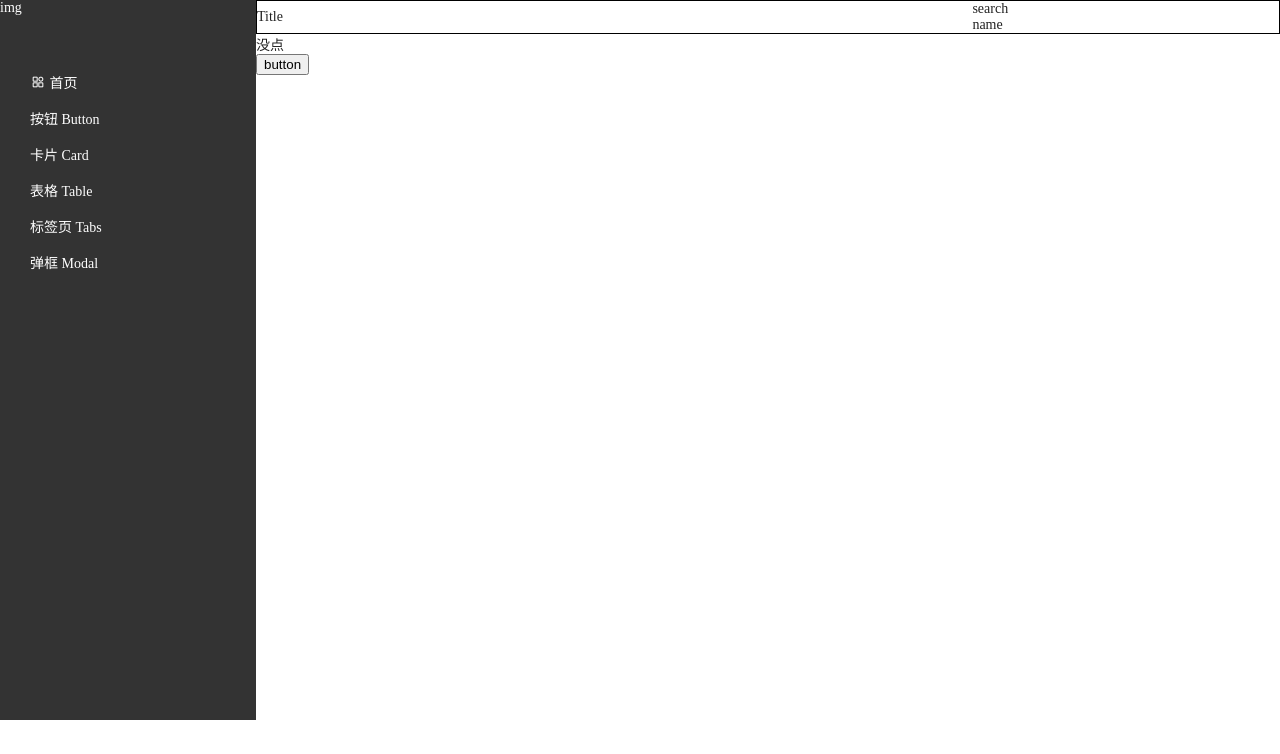
Repository: wyhsunflower/koalaUI
Page: /
An editor plug-in stored every save of this project. The page is shown before and after the next save, followed by the edit.
The browser window is 1280 px wide. The pictures show the whole page.
The project was rebuilt for these pictures with package versions that can differ from the ones it lists, and the page was loaded fresh each time. Also part of the build but not shown: webpack.config.js, src/components/Modal/Modal.vue. Imported but missing from the stored project, and not drawn on this page: src/views/go/go2.vue.

Above is the page before, as saved 2020-03-13 22:26:59.

### index.html
<!DOCTYPE html>
<html lang="en">
<head>
    <meta charset="UTF-8">
    <title>koala's UI</title>
</head>
<body>
<div id="app"></div>
</body>
</html>

### src/index.js
import Vue from 'vue';
import App from './app';
import './components/components.js'
import './styles/global.scss';
import './styles/iconfont/icon.scss'
import router from './router/route';


new Vue({
    router,
    render(h) {
        return h(App);
    }
}).$mount('#app');

### src/app.vue
<template>
    <div id="app" class="container">
        <SideBar></SideBar>
        <div class="right">
            <Header></Header>
            <div class="main">
                <transition>
                 <router-view></router-view>
                </transition>
            </div>
        </div>
    </div>
</template>
<script>
    import SideBar from './SideBar';
    import Header from './Header';
    export default {
        name: "app",
        components:{
            SideBar,
            Header
        },
    }
</script>

<style lang="scss" scoped>
    @import "styles/global";
    .container{
        width: 100%;
        display: flex;
        flex-flow: row nowrap;
        height: 100%;
    }
    .right{
        width: 80%;
        height: 100%;
    }
        .main{
            width: 100%;
            height: 100%;
        }
</style>

### src/components/components.js
import Vue from 'vue'
import Button from './Button/Button';
import Modal from './Modal/Modal';

Vue.component('Button',Button);
Vue.component('Modal',Modal);

### src/styles/global.scss
$font-color: rgba(0,0,0, 0.87);
$color-btn-default:#ccc;
$color-btn-primary:#2196f3;
$color-btn-custom:#6200ee;
* {
    box-sizing: border-box;
}
html, body {
    margin: 0;
    padding: 0;
    font-size: 14px;
}
html{
    width: 100%;
    height: 100%;
    outline: none;
    font-size: 14px;
}
body {
    color: $font-color;
    font-size: 14px;
    height: 100%;
    width: 100%;
}
.koala-button{

    -moz-osx-font-smoothing: grayscale;
    -webkit-font-smoothing: antialiased;
    font-size: 1rem;
    line-height: 2.25rem;
    font-weight: 500;
    letter-spacing: .0892857143em;
    text-decoration: none;
    display: inline-flex;
    position: relative;
    align-items: center;
    justify-content: center;
    box-sizing: border-box;
    min-width: 64px;
    border: none;
    outline: none;
    line-height: 1;
    -webkit-user-select: none;
    -moz-user-select: none;
    -ms-user-select: none;
    user-select: none;
    -webkit-appearance: none;
    overflow: visible;
    vertical-align: middle;
    border-radius: 4px;
    cursor: pointer;

    padding: 0 1.145rem;
    min-width: 4.5rem;
    color: #fff;
    height: 2.572rem;
}

### src/styles/iconfont/icon.scss
@font-face {font-family: "iconfont";
  src: url('./iconfont.eot?t=1575969178796'); /* IE9 */
  src: url('./iconfont.eot?t=1575969178796#iefix') format('embedded-opentype'), /* IE6-IE8 */
       url('./iconfont.woff?t=1575969178796') format('woff'),
       url('./iconfont.ttf?t=1575969178796') format('truetype'), /* chrome, firefox, opera, Safari, Android, iOS 4.2+ */
       url('./iconfont.svg?t=1575969178796#iconfont') format('svg'); /* iOS 4.1- */
}
.iconfont {
  font-family: "iconfont" !important;
  font-size: 16px;
  font-style: normal;
  -webkit-font-smoothing: antialiased;
  -moz-osx-font-smoothing: grayscale;
}
.icon-all:before {
  content: "\e6ef";
}

### src/router/route.js
import Router from 'vue-router';
import Vue from 'vue';
//import Home from '../app';
//import Button from '../components/Button/Button';
import Home from '../views/home';


const routerListDir=[];

function importAllRouter(r) {
    r.keys().forEach(
        (key)=>routerListDir.push(r(key).default)
    )
}

importAllRouter(require.context('../router',true,/\.router\.js/));
Vue.use(Router);
console.log(routerListDir);

export default new Router({
    routes: [
        ...routerListDir,
        { path: '/',component:Home},
        //{ path: '/button',component:Button},
    ]
});

### src/SideBar.vue
<template>
    <div class="side">
        <div class="top">
            <div>img</div>
            <!--<img src="./static/img/logo.jpg">-->
        </div>
        <ul class="side-list">
            <li v-for="x of lists">
                <i class="iconfont" :class="x.icon"></i>
                {{x.name}}
            </li>
        </ul>
    </div>
</template>

<script>
    export default {
        name: "SideBar",
        data(){
            return{
                lists:[
                    {
                        name:'首页',
                        icon:'icon-all',
                    },
                    {
                        name:'按钮 Button',
                        icon:'button',
                    },
                    {
                        name:'卡片 Card',
                        icon:'card',
                    },
                    {
                        name:'表格 Table',
                        icon:'table',
                    },
                    {
                        name:'标签页 Tabs',
                        icon:'tabs',
                    },
                    {
                        name:'弹框 Modal',
                        icon:'modal',
                    },
                ],
            }
        },
    }
</script>

<style lang="scss" scoped>
    .side {
        max-width: 300px;
        width: 20%;
        background: rgba(0,0,0,.8);
        height: 100%;
        color: #fff;
    }
    .top {
        height: 50px;
    }
    ul{
        list-style: none;
        padding: 0;
    }
    li{
        padding: 8px 30px;
        &:hover{background: rgba(0,0,0,.2);}
    }
</style>

### src/Header.vue
<template>
    <div class="header">
        <div class="title">Title</div>
        <div class="right">
            <div class="search">search</div>
            <div class="config">name</div>
        </div>
    </div>
</template>

<script>
    export default {
        name: "Header"
    }
</script>

<style lang="scss" scoped>
    .header{
        width: 100%;
        display: flex;
        justify-content: space-between;
        align-items: center;
        border: 1px solid #000;
    }
    .title{
        width: 60%;
    }
    .right{
        width: 30%;
    }
</style>

### src/components/Button/Button.vue
<template>
    <component
            class="koala-button"
            :class="buttonType"
            is="button"
            @click="onClick"
    >
        <slot></slot>
    </component>
</template>

<script>
    //type color icon
    export default {
        name: "Button",
        // ['type','color','diabled','size'],
        props: {
            type:{
                type: String,
                default:'default', // 'default', 'rasied , 'text', 'outline'
            },
            color:{
                type: String,
                default: 'default', // 'default', 'primary', 'custom'
            },
            size:{
                type: String,
                default: 'normal' // 'small', 'normal', 'large','custom'
            },
            disabled: {
                type: Boolean,
                default: false
            }
        },
        data(){
            return{
            }
        },
        components:{

        },
        computed:{
            buttonType(){
                const btnClass = {
                    "outline": [`koala-button-${this.type}`,`koala-button-ouline-color-${this.color}`],
                    "text": [`koala-button-${this.type}`,`koala-button-text-color-${this.color}`],
                    "default": [`koala-button-${this.type}`,`koala-button-color-${this.color}`],
                    "rasied": [`koala-button-${this.type}`,`koala-button-color-${this.color}`],
                }
                return btnclass[this.type]
                // return [
                //     `koala-button-${this.type}`,
                //     `koala-button-color-${this.color}`,
                //     ]
            },
        },
        methods:{
            onClick(e){
                this.$emit('click', e);
            }
        },
        mounted(){
        },
    }
</script>

<style lang="scss" scoped >
    @import "../../styles/global.scss";
// .koala-button{
//     background-color:#ccc;
//     min-width: 4.5rem;
//     border-radius: .25rem;
//     color: #fff;
//     font-size: .875rem;
//     font-weight: 300;
//     box-sizing: border-box;
//     position: relative;
//     -webkit-user-select: none;
//     -moz-user-select: none;
//     -ms-user-select: none;
//     user-select: none;
//     cursor: pointer;
//     outline: none;
//     border: none;
//     -webkit-tap-highlight-color: transparent;
//     display: inline-block;
//     white-space: nowrap;
//     text-decoration: none;
//     vertical-align: baseline;
//     text-align: center;
//     margin: 0;
//     min-width: 64px;
//     line-height: 36px;
//     padding: 0 16px;
//     border-radius: 4px;
//     overflow: visible;
//     transform: translate3d(0, 0, 0);
//     transition: background 400ms cubic-bezier(0.25, 0.8, 0.25, 1),box-shadow 280ms cubic-bezier(0.4, 0, 0.2, 1);
// }
    .koala-button-default{
        box-shadow: 0 0 0 0 rgba(0,0,0,.2), 0 0 0 0 rgba(0,0,0,.14), 0 0 0 0 rgba(0,0,0,.12);
    }
    .koala-button-rasied{
        box-shadow: 0px 3px 1px -2px rgba(0, 0, 0, 0.2), 0px 2px 2px 0px rgba(0, 0, 0, 0.14), 0px 1px 5px 0px rgba(0,0,0,.12);
        transition: box-shadow 280ms cubic-bezier(0.4, 0, 0.2, 1);
    }
    .koala-button-text{
        background-color: transparent;
        // color: $color-btn-primary;
    }
    .koala-button-outline{
        top: -1px;
        left: -1px;
        // border: 1px solid transparent;
        // color:$color-btn-primary;
        // border-color: $color-btn-primary;
    }
    .koala-button-color-default{
        background-color:$color-btn-default;
    }
    .koala-button-color-primary{
        background-color:$color-btn-primary;
    }
    .koala-button-color-custom{
        background-color:$color-btn-custom;
    }
    .koala-button-ouline-color-default{
        border: 1px solid transparent;
        color:$color-btn-default;
        border-color: $color-btn-default;
    }
    .koala-button-ouline-color-primary{
        border: 1px solid transparent;
        color:$color-btn-primary;
        border-color: $color-btn-primary;
    }
    .koala-button-ouline-color-custom{
        border: 1px solid transparent;
        color:$color-btn-custom;
        border-color: $color-btn-custom;
    }
    .koala-button-text-color-default{
        color: $color-btn-default;
    }
    .koala-button-text-color-primary{
        color: $color-btn-primary;
    }
    .koala-button-text-color-custom{
        color: $color-btn-custom;
    }
</style>

### src/views/home.vue
<template>
    <div class="main-container">
        <div>{{message}}</div>
        <button @click="showModal">button</button>
        <Modal v-if="modal" :self="this" :confirmCallback="confirmWay" :cancelCallback="cancelWay">
            <div>Modal组件</div>
            <div>Modal组件</div>
            <div>Modal组件</div>
            <div>Modal组件</div>
            <div>Modal组件</div>
            <div>Modal组件</div>
        </Modal>
        <Button @click="clicked('default')" type="default" color="default">Default</Button>
        <Button @click="clicked('rasied')" type="rasied" color="custom">Rasied</Button>
        <Button @click="clicked('outline')" type="outline" color="primary">Outline</Button>
        <Button @click="clicked('text')" type="text" color="custom">Text</Button>
    </div>
</template>

<script>
    // import Modal from '../components/Modal/Modal.vue'
    // import Button from '../components/Button/Button.vue'
    export default {
        name: "home",
        data(){
            return{
                modal:false,
                message:'没点'
            }
        },
        // components:{
        //     Button
        // },
        methods:{
            showModal(){
                this.modal = true
            },
            confirmWay(){
                this.message = '确定'
            },
            cancelWay(){
                this.message = '取消了'
            },
            clicked(name){
                alert(name)
            },
        },
    }
</script>

<style scoped>

</style>

### src/router/button.router.js
import Button from '../components/Button/Button';
export default {
    path: '/button',
    name: 'button',
    component:Button,
    children:[]
}

### src/router/modal.router.js
import Modal from '../components/Modal/Modal';
export default {
    path: '/modal',
    name: 'modal',
    component:Modal,
}

### src/router/sample.router.js
import Sample from '../views/go/go2.vue';
export default {
    path: '/sample',
    name: 'sample',
    component:Sample,
}

After the next save:
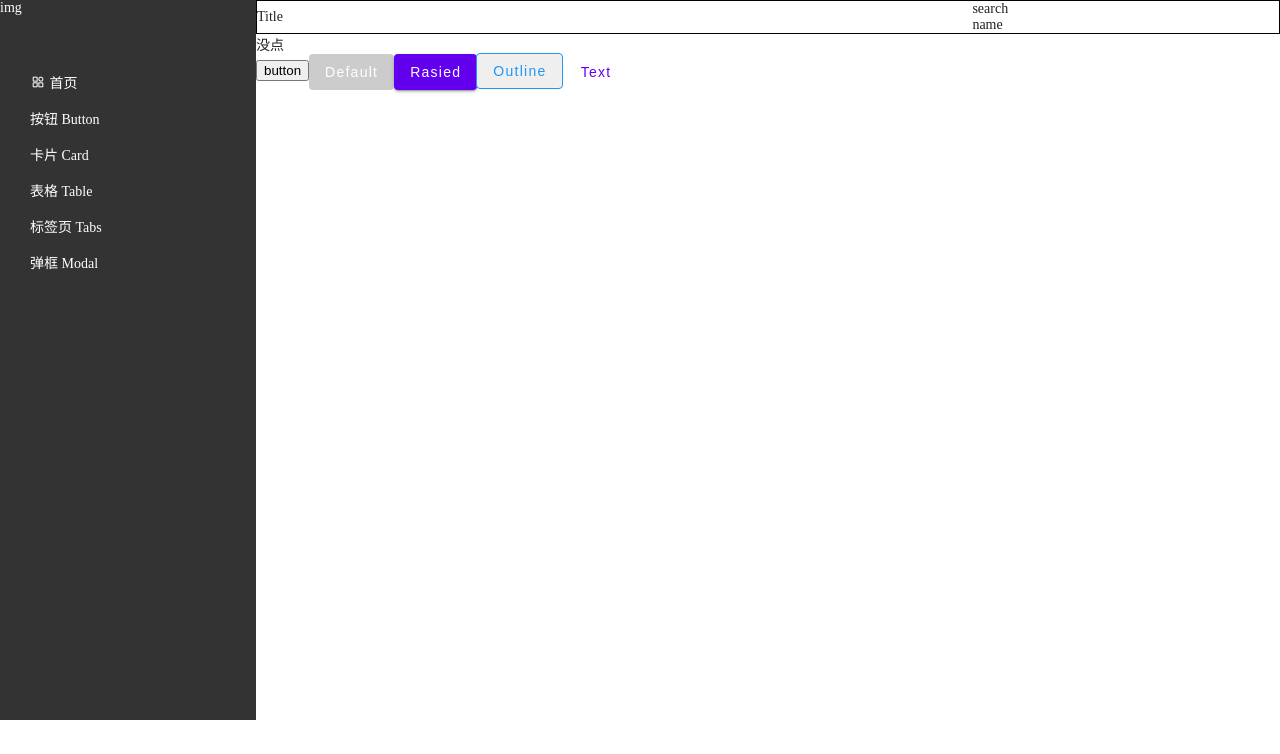
Saved 23 s later.
--- a/src/components/Button/Button.vue
+++ b/src/components/Button/Button.vue
@@ -41,13 +41,13 @@
         },
         computed:{
             buttonType(){
-                const btnClass = {
+                const buttonClass = {
                     "outline": [`koala-button-${this.type}`,`koala-button-ouline-color-${this.color}`],
                     "text": [`koala-button-${this.type}`,`koala-button-text-color-${this.color}`],
                     "default": [`koala-button-${this.type}`,`koala-button-color-${this.color}`],
                     "rasied": [`koala-button-${this.type}`,`koala-button-color-${this.color}`],
                 }
-                return btnclass[this.type]
+                return buttonClass[this.type]
                 // return [
                 //     `koala-button-${this.type}`,
                 //     `koala-button-color-${this.color}`,
